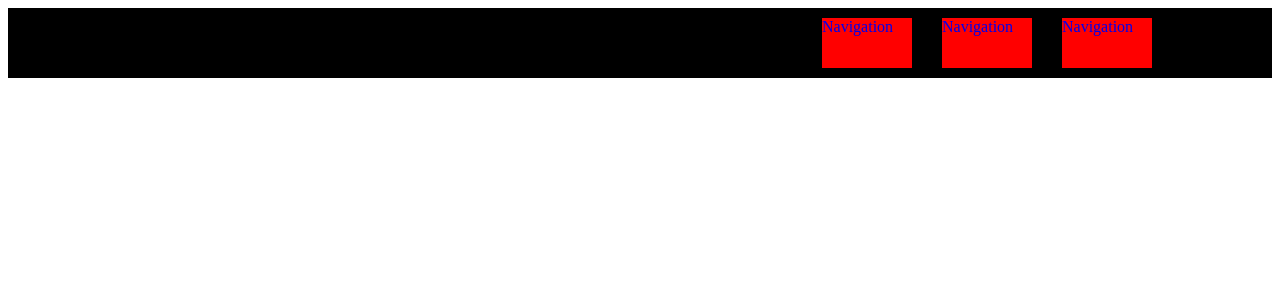
Repository: piotrokrutniak/Projekt-Studia
Page: index.html
An editor plug-in stored every save of this project. The page is shown before and after a run of saves, followed by the edit.
The browser window is 1280 px wide. The pictures show the whole page.

Above is the page before, as saved 2023-03-04 02:42:00.

### index.html
<!DOCTYPE html>
<head>
    <meta charset="UTF-8" />
    <meta http-equiv="X-UA-Compatible" content="IE=edge" />
    <meta name="viewport" content="width=device-width, initial-scale=1.0" />
    <link rel="stylesheet" type="text/css" href="styles.css" />
    <title>Website Title</title>
</head>
<body>
    <div class="navbar-container">
        <div class="navbar">
            <div class="logo">WebsiteLogo</div>
            <div class="navigation">
                <a href="/index" class="navigation-link">
                    <div class="navigation-button">
                        Navigation
                    </div>
                </a>
                <a href="/index" class="navigation-link">
                    <div class="navigation-button">
                        Navigation
                    </div>
                </a>
                <a href="/index" class="navigation-link">
                    <div class="navigation-button">
                        Navigation
                    </div>
                </a>
            </div>
        </div>
    </div>
</body>

### styles.css
.navbar-container{
    width: 100%;
    height: 70px;
    background: black;
    position: sticky;
    top: 0;
}

.navbar{
    position: relative;
    max-width: 1024px;
    min-width: 328px;
    top: 0px;
    margin: auto;
    display: flex;
    flex-direction:row;
    justify-content: space-between;
    top: 50%;
    -ms-transform: translateY(-50%);
    transform: translateY(-50%);

}

a{
    text-decoration: none;
}

.navigation-link{
    position: relative;
    background: red;
    height: 50px;
    top: 50%;
    -ms-transform: translateY(-50%);
    transform: translateY(-50%);
}

.navigation-link:hover{
    border-bottom: 2px solid;
    border-color: aqua;

}

.navigation{
    display: grid;
    grid-template-columns: 90px 90px 90px;
    grid-gap: 30px;

}

.logo{
    height: 50px;
}

After the next 2 saves:
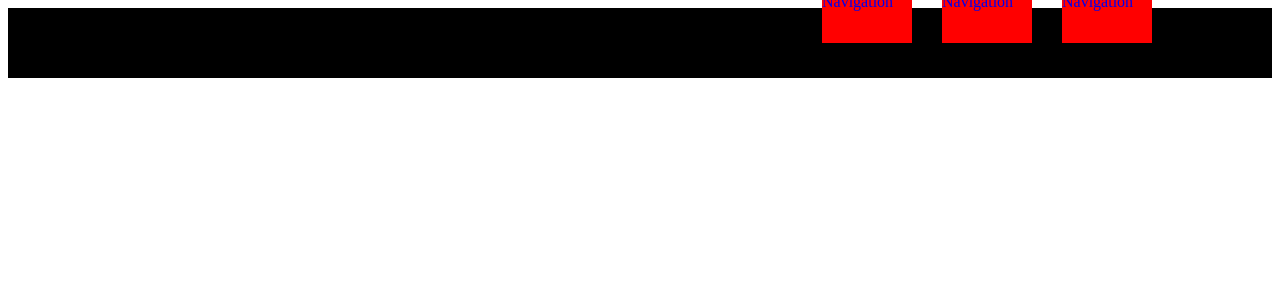
The 2 saves are shown as one change because they came seconds apart.
The last was saved 16 s later.
--- a/styles.css
+++ b/styles.css
@@ -29,9 +29,7 @@
     position: relative;
     background: red;
     height: 50px;
-    top: 50%;
-    -ms-transform: translateY(-50%);
-    transform: translateY(-50%);
+
 }
 
 .navigation-link:hover{
@@ -44,7 +42,9 @@
     display: grid;
     grid-template-columns: 90px 90px 90px;
     grid-gap: 30px;
-
+    top: 50%;
+    -ms-transform: translateY(-50%);
+    transform: translateY(-50%);
 }
 
 .logo{

After the save that followed:
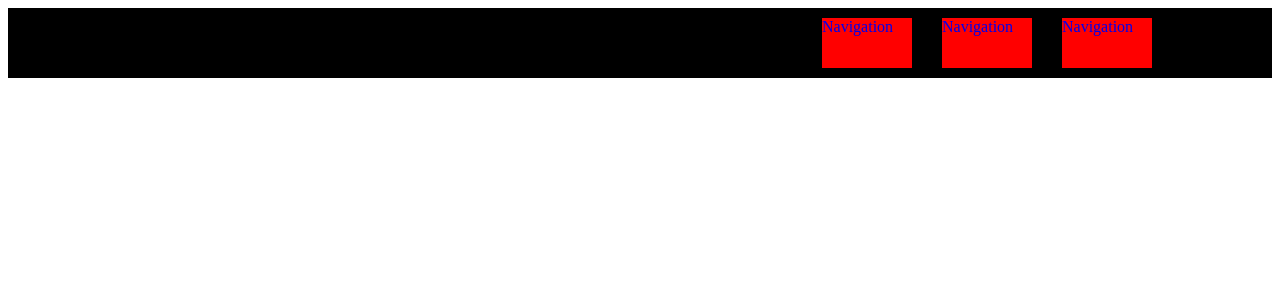
Saved 4 s later.
--- a/styles.css
+++ b/styles.css
@@ -42,9 +42,7 @@
     display: grid;
     grid-template-columns: 90px 90px 90px;
     grid-gap: 30px;
-    top: 50%;
-    -ms-transform: translateY(-50%);
-    transform: translateY(-50%);
+
 }
 
 .logo{
